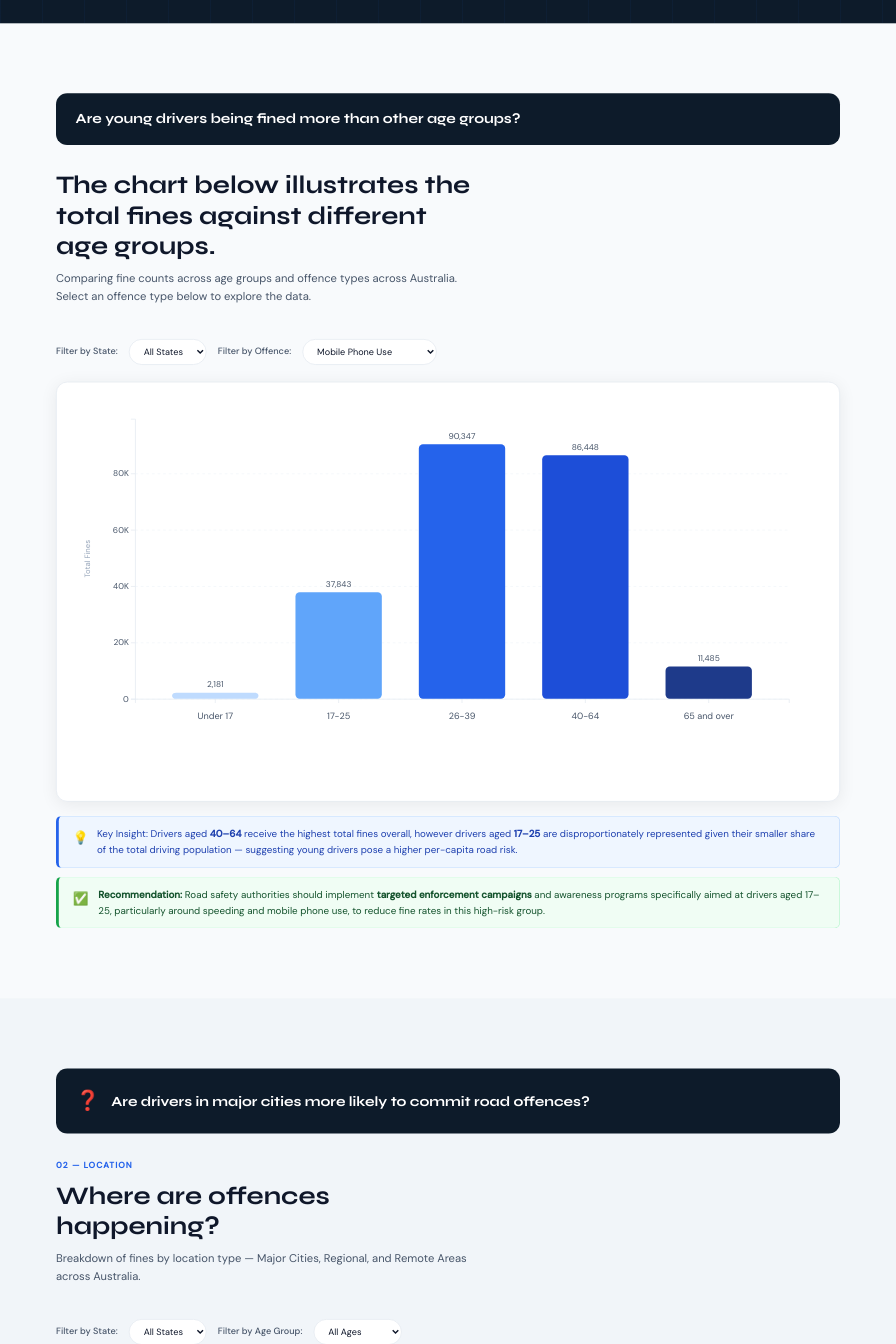
Repository: j26046183-hue/COS30045-GROUP-ASSIGNMENT
Page: index.html
These files come from the project's save history. The page is drawn as it stood at one moment and after the next save; the edit follows.
The browser window is 1280 px wide. The pictures show the part of the page from y = 865 to 2785 px (the page is 6711 px tall before and 6595 px after), at 70% of full size.

Above is the page before, as saved 2026-06-04 22:28:44.

After the next save:
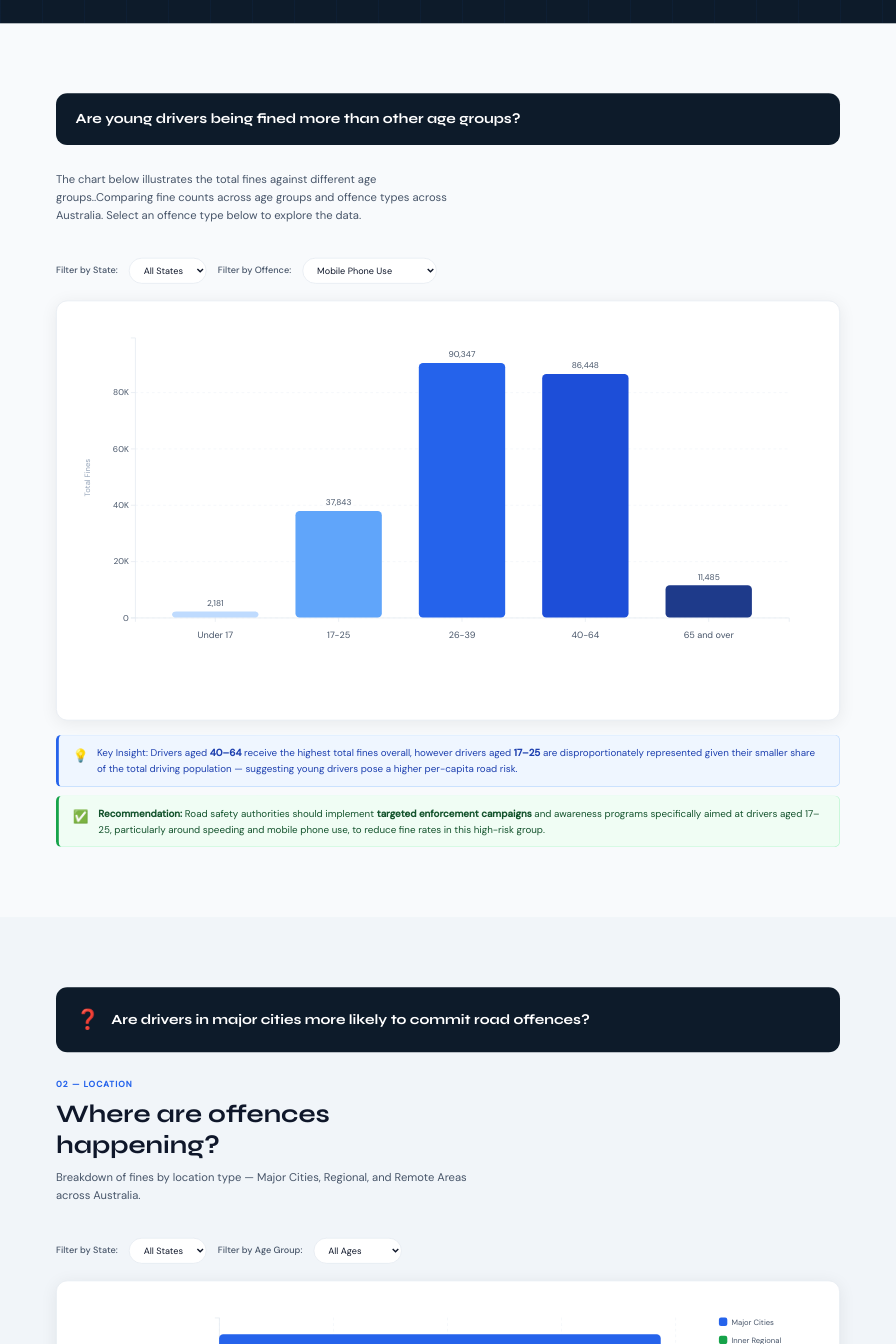
Saved 71 s later.
--- a/index.html
+++ b/index.html
@@ -63,8 +63,7 @@
         </div>
 
         <div class="section-header">
-            <h2>The chart below illustrates the total fines against different age groups.</h2>
-            <p>Comparing fine counts across age groups and offence types across Australia. Select an offence type below to explore the data.</p>
+            <p>The chart below illustrates the total fines against different age groups..Comparing fine counts across age groups and offence types across Australia. Select an offence type below to explore the data.</p>
         </div>
 
         <div class="chart-controls">

After the save that followed:
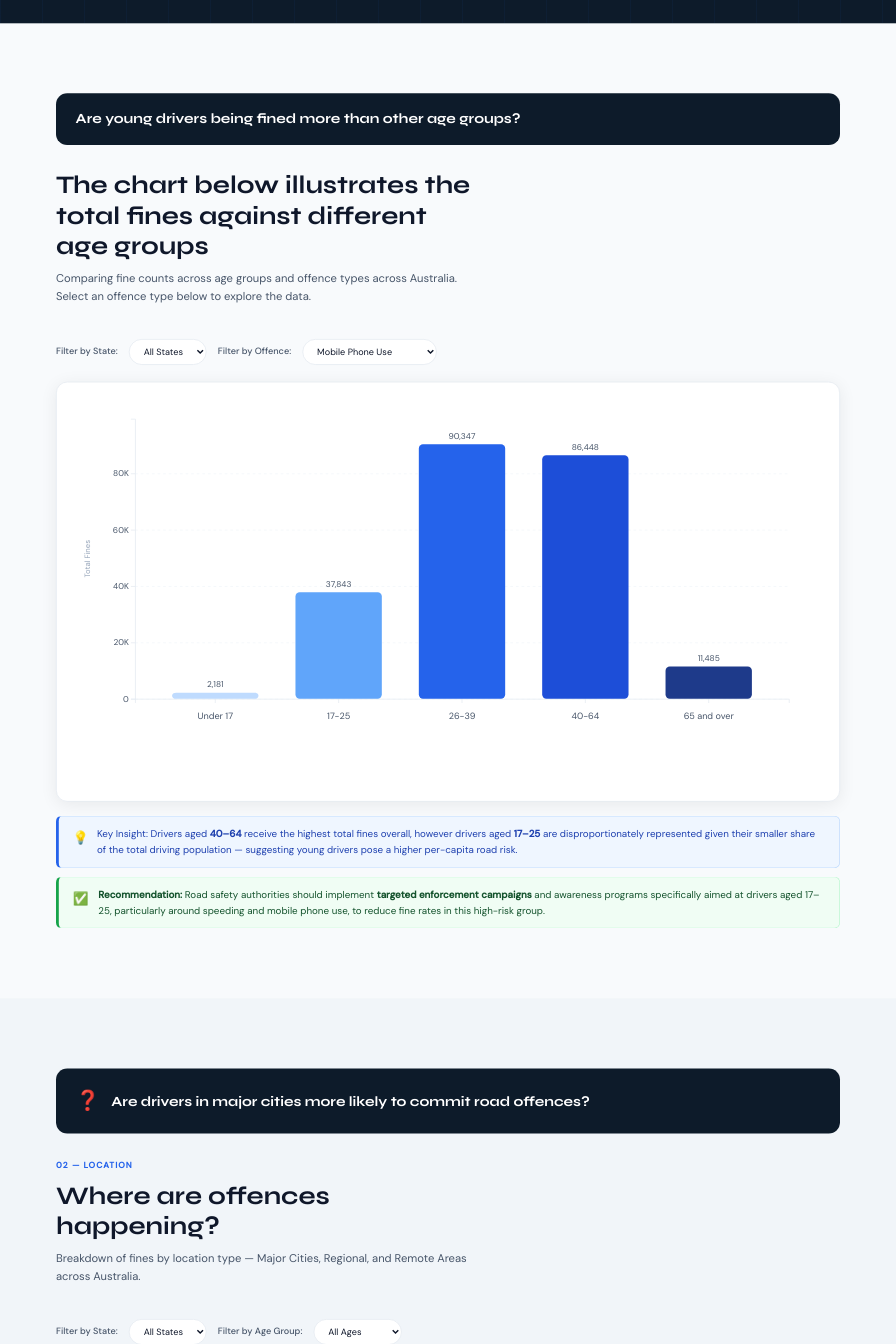
Saved 32 s later.
--- a/index.html
+++ b/index.html
@@ -63,7 +63,8 @@
         </div>
 
         <div class="section-header">
-            <p>The chart below illustrates the total fines against different age groups..Comparing fine counts across age groups and offence types across Australia. Select an offence type below to explore the data.</p>
+            <h2>The chart below illustrates the total fines against different age groups</h2>
+            <p>Comparing fine counts across age groups and offence types across Australia. Select an offence type below to explore the data.</p>
         </div>
 
         <div class="chart-controls">
